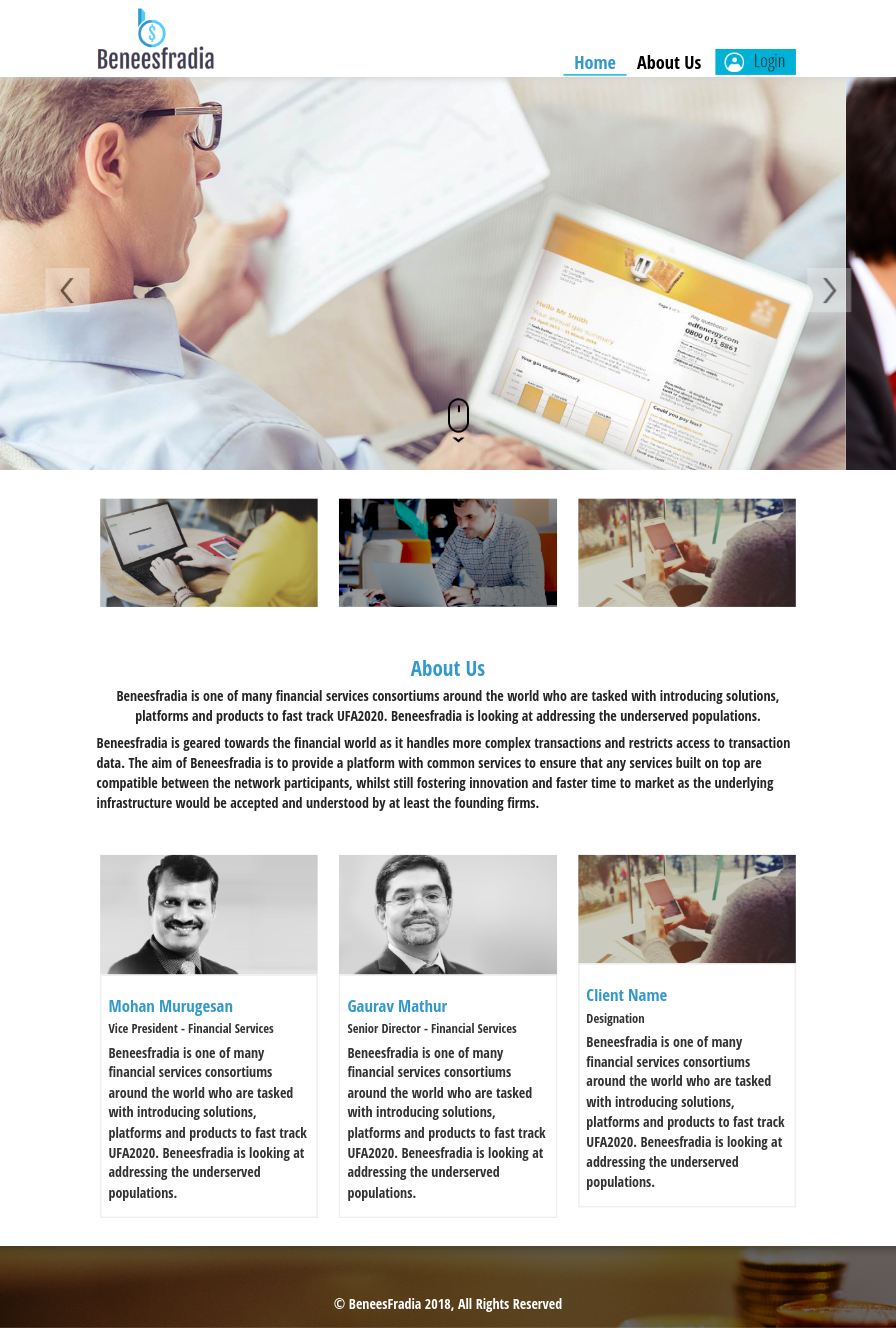
Repository: intkhabahmed/AcceleratedBootcampWebsites
Page: http://localhost/BeneesFradia/UI/index.jsp
The author's editor kept a copy of each file at every save. The page is drawn from the files as they stood at one save, then again after the next save.
The browser window is 1280 px wide. The pictures show the whole page, at 70% of full size.
Some web fonts or font styles are not loaded; a fallback is used. The page is served by Tomcat 9. Nobody is signed in. The application's start-up code is not run.

Above is the page before, as saved 2018-02-13 08:08:10.

After the next save:
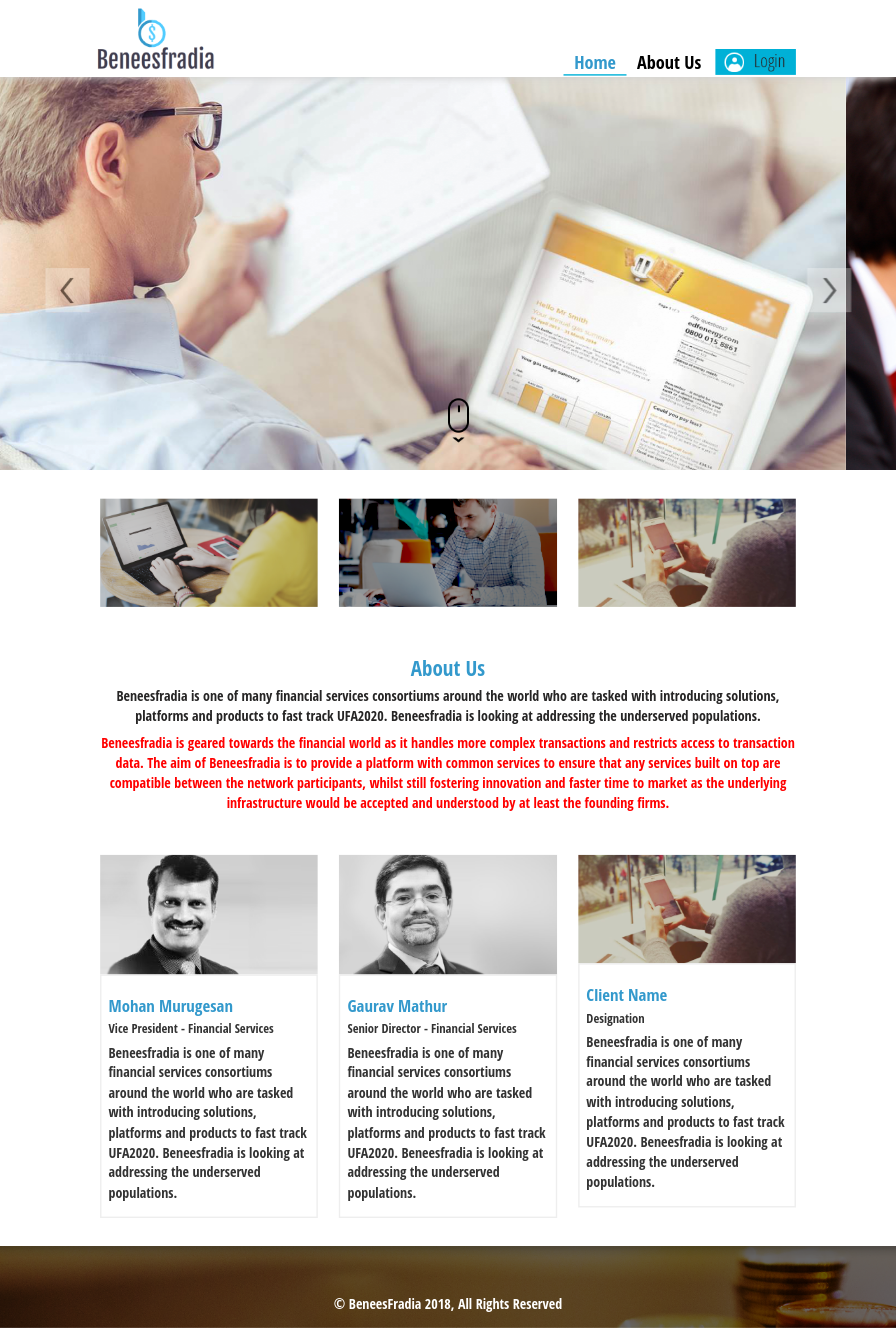
Saved 21 s later.
--- a/BeneesFradia/WebContent/UI/index.jsp
+++ b/BeneesFradia/WebContent/UI/index.jsp
@@ -81,7 +81,7 @@
 					consortiums around the world who are tasked with introducing
 					solutions, platforms and products to fast track UFA2020.
 					Beneesfradia is looking at addressing the underserved populations.</p>
-				<p>Beneesfradia is geared towards the financial world as it
+				<p align="center" class="error">Beneesfradia is geared towards the financial world as it
 					handles more complex transactions and restricts access to
 					transaction data. The aim of Beneesfradia is to provide a platform
 					with common services to ensure that any services built on top are
